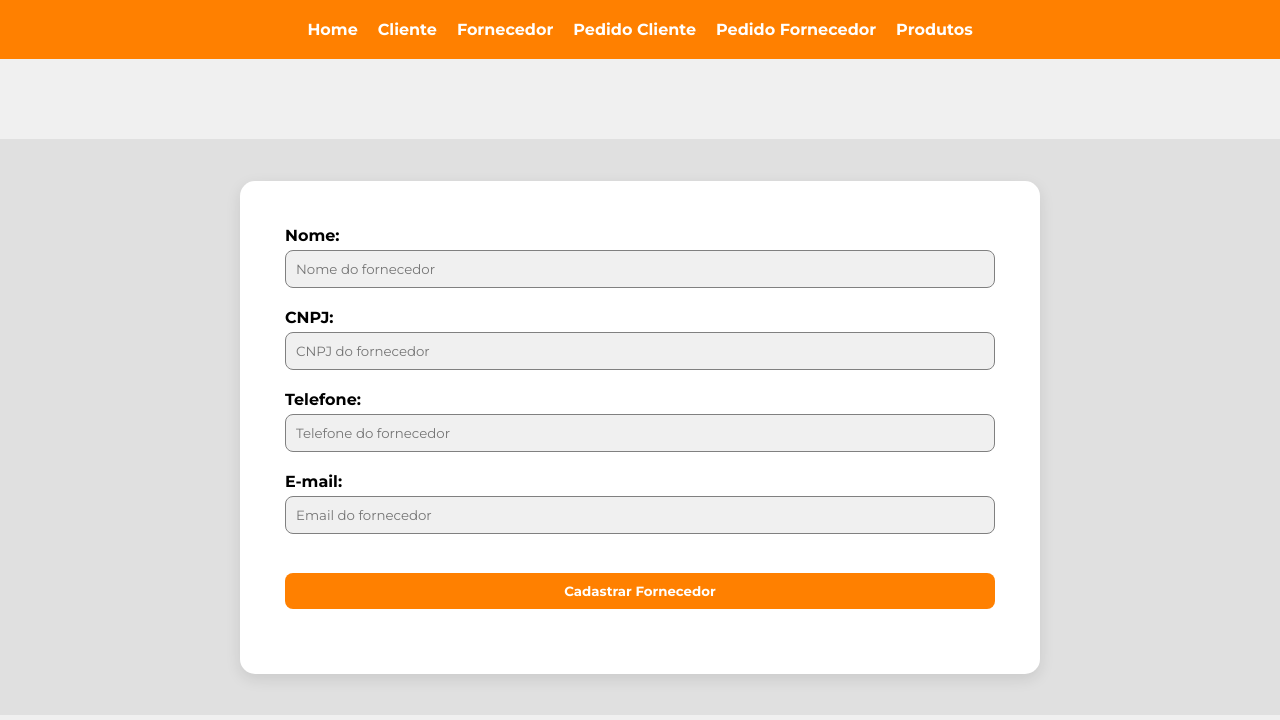
Repository: walterdmp/JavaWeb_BartoBotinas
Page: http://localhost/BartoBotinas/cadastrarFornecedor.jsp
These files come from the project's save history. The page is drawn as it stood at one moment and after the next save; the edit follows.
The browser window is 1280 px wide. The pictures show the whole page.
The page is served by Tomcat 9.

Above is the page before, as saved 2024-07-30 22:26:11.

After the next save:
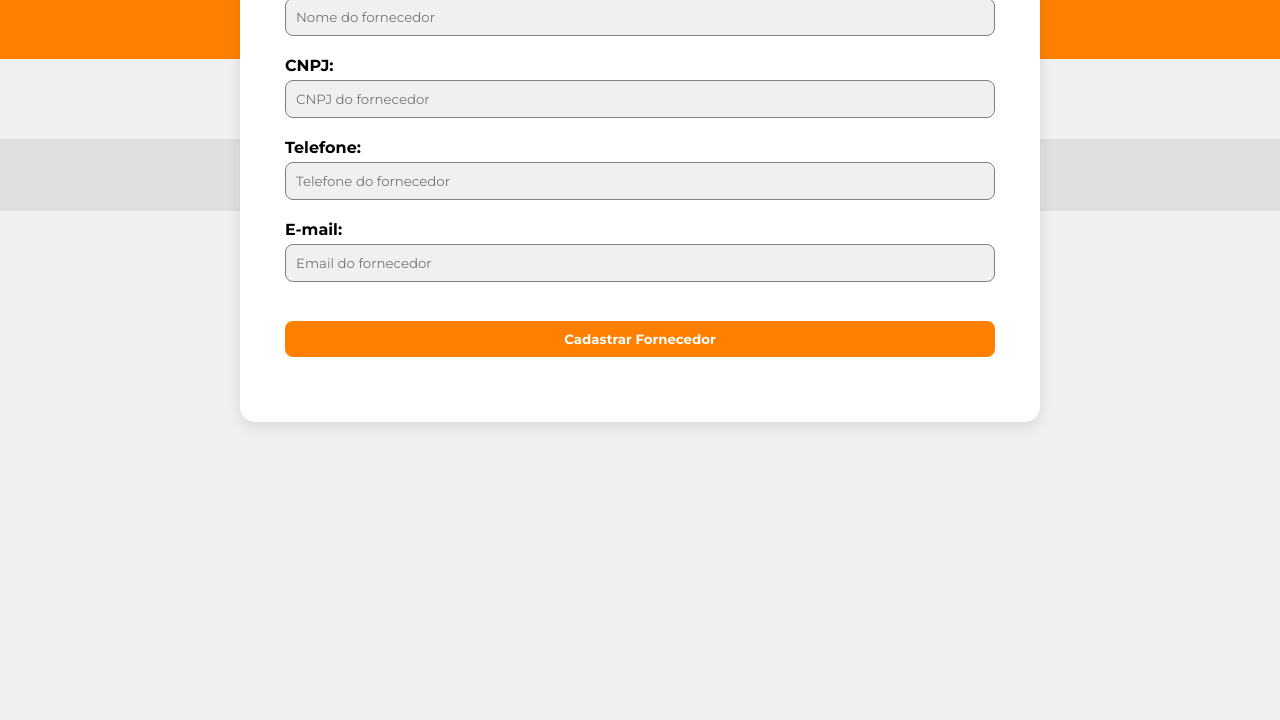
Saved 18 s later.
--- a/BartoBotinas/WebContent/css/estilo.css
+++ b/BartoBotinas/WebContent/css/estilo.css
@@ -45,7 +45,7 @@ body {
 	align-items: center;
 	background-color: #e0e0e0;
 	width: 100%;
-	height: 80vh;
+	height: 10vh;
 	padding: 20px;
 	margin-top: 80px;
 }
